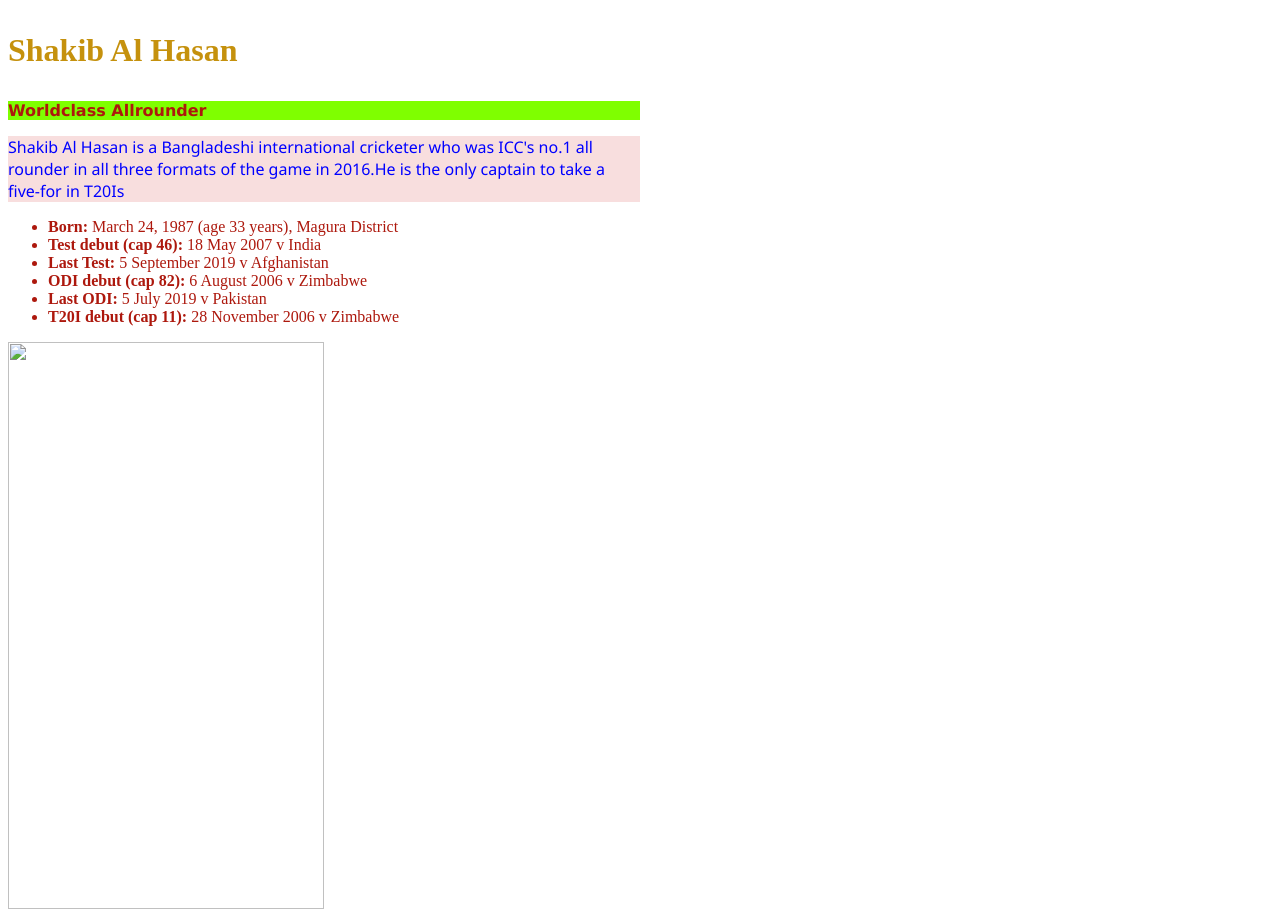
Repository: omarhasnain/Shakib
Page: Shakib Al Hasan.html
An editor plug-in stored every save of this project. The page is shown before and after the next save, followed by the edit.
The browser window is 1280 px wide. The pictures show the whole page.

Above is the page before, as saved 2021-01-04 19:51:27.
Not found: images/shakib.jpg

### Shakib Al Hasan.html
<!DOCTYPE html>
<html lang="en">

<head>
    <title>Shakib Al Hasan</title>
    <style>
        h3 {
            color: #c5910d;
            font-size: xx-large;
        }

        p {
            color: #ad180d;
            background-color: chartreuse;
            width: 50%;
            font-weight: 900;
            font-size: medium;
            font-family: 'Lucida Sans Unicode';

        }

        img {
            width: 50%;
            height: 15cm;
        }
        #cricketer{
            color:blue;
            background-color: #f8dede;
            font-family: 'Segoe UI';
            font-weight:500;
        }
        .details{
            color:#ad180d;

        }
    </style>
</head>

<body>
    <h3> Shakib Al Hasan </h3>
<div>
    <p> Worldclass Allrounder</p>
    <p id="cricketer">Shakib Al Hasan is a Bangladeshi international cricketer who was ICC's no.1 all rounder in all three formats of
the game in 2016.He is the only captain to take a five-for in T20Is</p>
</div>

<div>
<p>
<ul class="details">
<li><strong>Born:</strong> March 24, 1987 (age 33 years), Magura District</li>
<li><strong>Test debut (cap 46):</strong> 18 May 2007 v India</li>
<li><strong>Last Test:</strong> 5 September 2019 v Afghanistan</li>
<li><strong>ODI debut (cap 82):</strong> 6 August 2006 v Zimbabwe</li>
<li><strong>Last ODI:</strong> 5 July 2019 v Pakistan</li>
<li><strong>T20I debut (cap 11):</strong> 28 November 2006 v Zimbabwe</li>
</ul>
</p>
</div>
    <img src="images/shakib.jpg" alt="">
</body>

</html>

After the next save:
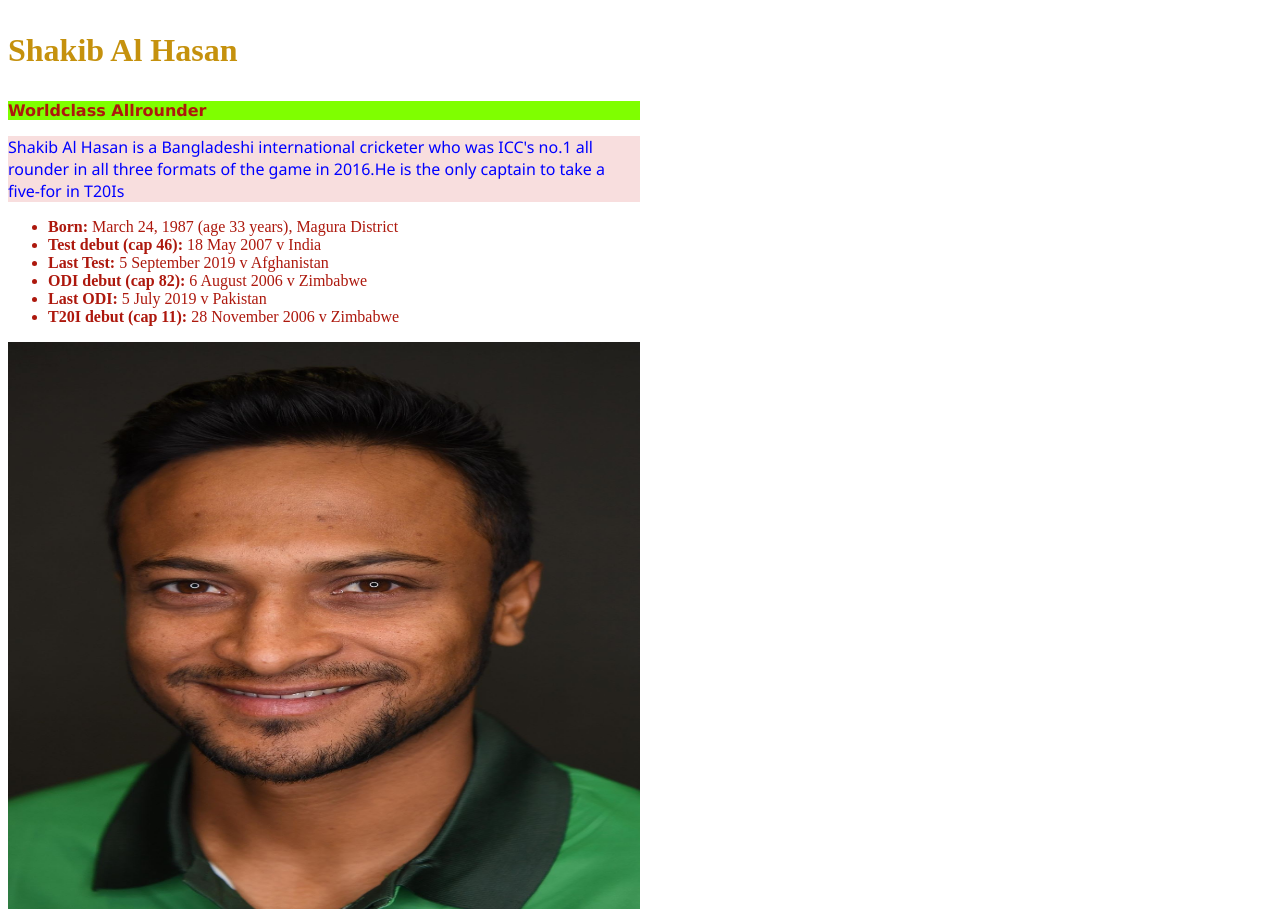
Saved 9 min 40 s later.
--- a/Shakib Al Hasan.html
+++ b/Shakib Al Hasan.html
@@ -56,7 +56,7 @@
 </ul>
 </p>
 </div>
-    <img src="images/shakib.jpg" alt="">
+    <img src="shakib.jpg" alt="">
 </body>
 
 </html>
